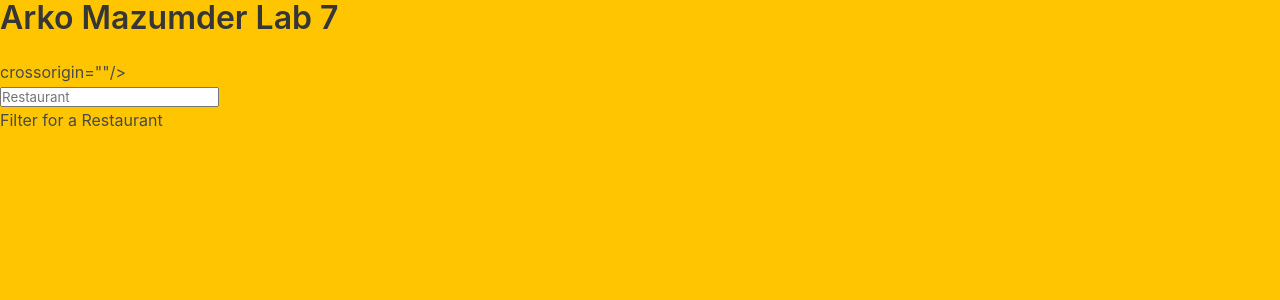
Repository: arkomz/INST377-Lab-Work
Page: client/lab_7/index.html
These files come from the project's save history. The page is drawn as it stood at one moment and after the next save; the edit follows.
The browser window is 1280 px wide. The pictures show the whole page.
The page's requests for data from a server got no answer. Some web libraries are served in a nearby version.

Above is the page before, as saved 2021-10-15 16:44:23.

### client/lab_7/index.html
<!DOCTYPE html>
<html lang="en">
<head>
  <meta charset="UTF-8">
  <title>Arko Mazumder Lab 7</title>
  <h1 class='title'> Arko Mazumder Lab 7</h1>
  <link rel="stylesheet" href="styles.css">
  <link rel="stylesheet" href="https://unpkg.com/leaflet@1.7.1/dist/leaflet.css">
  <link rel="stylesheet" href="https://cdn.jsdelivr.net/npm/bulma@0.9.3/css/bulma.min.css">
  integrity="sha512-xodZBNTC5n17Xt2atTPuE1HxjVMSvLVW9ocqUKLsCC5CXdbqCmblAshOMAS6/keqq/sMZMZ19scR4PsZChSR7A=="
  crossorigin=""/>
  <script src="https://unpkg.com/leaflet@1.7.1/dist/leaflet.js"
  integrity="sha512-XQoYMqMTK8LvdxXYG3nZ448hOEQiglfqkJs1NOQV44cWnUrBc8PkAOcXy20w0vlaXaVUearIOBhiXZ5V3ynxwA=="
  crossorigin=""></script>
</head>
<body>

  <form class="search-form">
    <input type="text" class="search" placeholder="Restaurant">
    <ul class="suggestions">
      <li>Filter for a Restaurant</li>
    </ul>
  </form>
  <div id="mapid"></div>
  </body>
  <script src= "script.js"></script>
</html>

### client/lab_7/styles.css
* {
    margin: 0;
    padding: 0;
    box-sizing: border-box;
  }

  html {
    height: 100%;
  }

  body {
    height: 100%;
    margin: 0;
    padding: 0;
    font-family: ‘Segoe UI’, Candara, ‘Bitstream Vera Sans’, ‘DejaVu Sans’,
        ‘Bitsream Vera Sans’, ‘Trebuchet MS’, Verdana, ‘Verdana Ref’, sans-serif;
        background: #ffc600;;
  }

  /* Page Layout */
  .columns {
    display: flex;
    flex-wrap: wrap;
  }

  .wrapper {
    display: flex;
  }

  .container {
    max-width: 960px;
    margin-top: 25px;
  }

  .hl {
    background: #ffc600;
  }

  #mapid {
      height: 400px;
      width: 300px;
    }

### client/lab_7/script.js
async function windowActions() {

    const endpoint = 'https://data.princegeorgescountymd.gov/resource/umjn-t2iz.json';
    const restaurants = []
    const request = await fetch(endpoint)
      .then(blob => blob.json())
      .then(data => restaurants.push(...data));


    function findMatches(wordToMatch, restaurants) {
      return restaurants.filter(place => {

        const regex = new RegExp(wordToMatch, 'gi');
        return place.name.match(regex)
        return place.zip.match(regex)
      });
    }

    function mapInit() {
        var mymap = L.map('mapid').setView([51.505, -0.09], 13);
        L.tileLayer('https://api.mapbox.com/styles/v1/{id}/tiles/{z}/{x}/{y}?access_token={accessToken}', {
        attribution: 'Map data &copy; <a href="https://www.openstreetmap.org/copyright">OpenStreetMap</a> contributors, Imagery © <a href="https://www.mapbox.com/">Mapbox</a>',
        maxZoom: 18,
        id: 'mapbox/streets-v11',
        tileSize: 512,
        zoomOffset: -1,
        accessToken: 'pk.eyJ1IjoiYXJrb216OTEiLCJhIjoiY2t1c3RhaGFpNWk2cTJucWpzYno1cnZ6YiJ9.uw81Ywj5jrcHVHOD2NdNpw'
        }).addTo(mymap);
    }
    mapInit()

    function displayMatches(event) {
      const matchArray = findMatches(event.target.value, restaurants);
      const html = matchArray.map(place => {
        const regex = new RegExp(event.target.value, 'gi');
        const restaurantName = place.name.replace(regex, `<span class="hl">${event.target.value}</span>`);
        const zipName = place.zip.replace(regex, `<span class="hl">${event.target.value}</span>`);
        return `
          <li>
            <span class="name">${restaurantName}</span>
            <span class="zip">${zipName}</span>
          </li>
        `;
      }).join('');
      suggestions.innerHTML = html;
    }
    const searchInput = document.querySelector('.search');
    const suggestions = document.querySelector('.suggestions');

    searchInput.addEventListener('change', displayMatches);
    searchInput.addEventListener('keyup', (evt) => { displayMatches(evt) });

    }
    window.onload = windowActions;

After the next save:
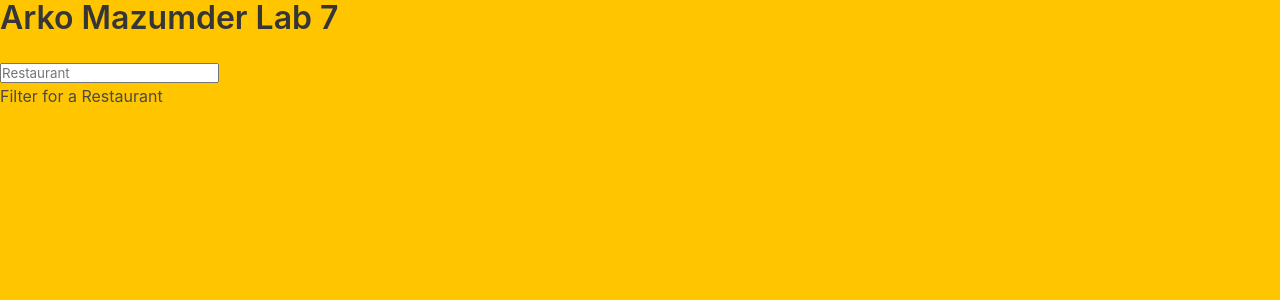
Saved 29 s later.
--- a/client/lab_7/index.html
+++ b/client/lab_7/index.html
@@ -5,10 +5,10 @@
   <title>Arko Mazumder Lab 7</title>
   <h1 class='title'> Arko Mazumder Lab 7</h1>
   <link rel="stylesheet" href="styles.css">
-  <link rel="stylesheet" href="https://unpkg.com/leaflet@1.7.1/dist/leaflet.css">
-  <link rel="stylesheet" href="https://cdn.jsdelivr.net/npm/bulma@0.9.3/css/bulma.min.css">
+  <link rel="stylesheet" href="https://unpkg.com/leaflet@1.7.1/dist/leaflet.css"
   integrity="sha512-xodZBNTC5n17Xt2atTPuE1HxjVMSvLVW9ocqUKLsCC5CXdbqCmblAshOMAS6/keqq/sMZMZ19scR4PsZChSR7A=="
   crossorigin=""/>
+  <link rel="stylesheet" href="https://cdn.jsdelivr.net/npm/bulma@0.9.3/css/bulma.min.css">
   <script src="https://unpkg.com/leaflet@1.7.1/dist/leaflet.js"
   integrity="sha512-XQoYMqMTK8LvdxXYG3nZ448hOEQiglfqkJs1NOQV44cWnUrBc8PkAOcXy20w0vlaXaVUearIOBhiXZ5V3ynxwA=="
   crossorigin=""></script>
